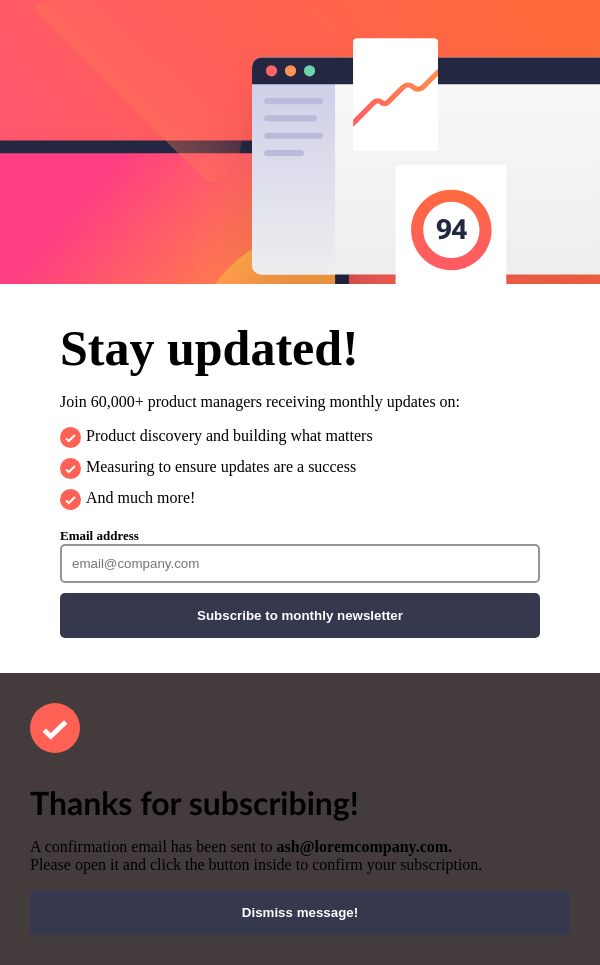
Repository: Celebration-cloud/Newsletter
Page: index.html
An editor plug-in stored every save of this project. The page is shown before and after a run of saves, followed by the edit.
The browser window is 600 px wide. The pictures show the whole page.

Above is the page before, as saved 2023-07-19 23:47:08.

### index.html
<!DOCTYPE html>
<html lang="en">
<head>
  <meta charset="UTF-8">
  <meta name="viewport" content="width=device-width, initial-scale=1.0"> <!-- displays site properly based on user's device -->

  <link rel="icon" type="image/png" sizes="32x32" href="./assets/images/favicon-32x32.png">
  <link rel="stylesheet" href="index.css">

  <title>Frontend Mentor | Newsletter sign-up form with success message</title>

  <!-- Feel free to remove these styles or customise in your own stylesheet 👍 -->
  <style>
    .attribution { font-size: 11px; text-align: center; }
    .attribution a { color: hsl(228, 45%, 44%); }
  </style>
</head>
<body>

  <!-- Sign-up form start -->
  <div id="container">
    <div id="home-page">
      <h2 id="news">Stay updated!</h2>
      <p id="content">Join 60,000+ product managers receiving monthly updates on:</p>
      <ul id="features">
        <li>
          <img id="list-icon" src="./assets/images/icon-list.svg" alt="" srcset="">
          <p>Product discovery and building what matters</p>
        </li>
        <li>
          <img id="list-icon" src="./assets/images/icon-list.svg" alt="" srcset="">
          <p>Measuring to ensure updates are a success</p>
        </li>
        <li>
          <img id="list-icon" src="./assets/images/icon-list.svg" alt="" srcset="">
          <p>And much more!</p>
        </li>
      </ul>
      <form action="email">
        <label for="email">Email address</label><br>
        <input type="email" name="email" required placeholder="email@company.com" id="email"><br>
        <button id="subscribe-btn" type="submit">Subscribe to monthly newsletter</button>
      </form>
    </div>
    <div id="sign-up"></div>
  </div>
  <script type="module" src="index.js"></script>


  <!-- Sign-up form end -->

  <!-- Success message start -->
  <div id="success">
    <img id="signed-icon" src="./assets/images/icon-list.svg" alt="" srcset="">
    <h2>Thanks for subscribing!</h2>
    <p>A confirmation email has been sent to <b>ash@loremcompany.com.</b> <br>
    Please open it and click the button inside to confirm your subscription.</p>
    <button type="reset" id="dismiss">Dismiss message!</button>
  </div>

<!--
  <div class="attribution">
    Challenge by <a href="https://www.frontendmentor.io?ref=challenge" target="_blank">Frontend Mentor</a>.
    Coded by <a href="#">Your Name Here</a>.
  </div> -->
</body>
</html>

### index.css
html, body{
    padding: 0;
    margin: 20px;
    box-sizing: border-box;
    background-color: hsl(234, 29%, 20%);
    -webkit-user-select: none;
    user-select: none;
    display: flex;
    justify-content: center;

}

#container{
    background-color: white;
    display: flex;
    flex-wrap: wrap;
    justify-content: space-between;
    padding: 15px;
    column-gap: 10px;
    margin: 0;
    border-radius: 15px;
}

#sign-up{
    background-image: url(./assets/images/illustration-sign-up-desktop.svg);
    background-repeat: no-repeat;
    background-size: cover;
    width: 305px;
    height: 450px;
}

#home-page{
    width: 50%;
    margin: auto;
}

ul{
    list-style-type: none;
    padding: 0;
    display: flex;
    flex-direction: column;
    gap: 10px;
}

li{
    display: flex;
    margin: 0;
    padding: 0;
}

li p {
    margin: 0;
    padding-left: 5px;
    align-self: flex-start;
}

#list-icon{
    padding: 0;
    margin: 0;
    align-self: flex-start;
}

#news{
    font-size: 312.5%;
    padding: 0;
    margin: 0;
}



label{
    font-size: 13px;
    font-weight: bolder;
}

input{
    width: 100%;
    padding: 10px;
    box-sizing: border-box;
    border-radius: 5px;
    margin-bottom: 10px;
    border: 2px solid hsl(231, 7%, 60%);
}

button{
    width: 100%;
    padding: 15px;
    box-sizing: border-box;
    border-radius: 5px;
    border: none;
    color: white;
    font-weight: bolder;
    background-color: hsl(235, 18%, 26%);
}

#success{
    background-color: rgb(68, 60, 60);
}

@media (max-width: 741px) {
    html, body{
        padding: 0;
        margin: 0;
        display: inline;
    }
    #container{
        background-color: white;
        display: flex;
        flex-wrap: wrap;
        flex-direction: column-reverse;
        margin: 0;
        padding: 0;
        border-radius: none;
        border-radius: 0;
    }
    #home-page{
        margin: auto;
        width: 80%;
        padding: 35px;
    }
    #sign-up{
        background-image: url(./assets/images/illustration-sign-up-mobile.svg);
        background-repeat: no-repeat;
        background-size: cover;
        width: 100%;
        height: 284px;
    }
    #success{
        margin: auto;
        height: 300%;
        padding: 30px;
        display: flex;
        flex-direction: column;
        justify-content: space-between;
    }
    #success img{
        width: 50px;
        margin-bottom: 30px;
    }
    #success h2{
        font-weight: bolder;
        margin: 0;
        font-size: xx-large;
        font-family: 'Gill Sans', 'Gill Sans MT', Calibri, 'Trebuchet MS', sans-serif;
    }
    #success p{
        font-weight: light;
    }


}

### index.js
// import { initializeApp } from "https://www.gstatic.com/firebasejs/9.15.0/firebase-app.js"
// import { getDatabase, ref, push, onValue } from "https://www.gstatic.com/firebasejs/9.15.0/firebase-database.js"

// let appSettings = {
//     "databaseUrl": " https://playground-51efb-default-rtdb.europe-west1.firebasedatabase.app/ "
// }

// const app = initializeApp(appSettings)
// const database = getDatabase(app)
// const newsLetterDb = ref(database, "newsLetterDb")

const emailEL = document.getElementById("email")
const inputEL = document.getElementById("subscribe-btn")
const container = document.getElementById("container")
const dismiss = document.getElementById("dismiss")

function successful() {
    let successful = `
        <div id="success">
            <img id="signed-icon" src="./assets/images/icon-list.svg" alt="" srcset="">
            <h2>Thanks for subscribing!</h2>
            <p>A confirmation email has been sent to ash@loremcompany.com. <br>
            Please open it and click the button inside to confirm your subscription.</p>
            <button type="reset" id="dismiss">Dismiss message!</button>
        </div>
    `
    container.innerHTML = successful
    // dismiss()
}

inputEL.addEventListener("click", function() {
    // let inputValue = emailEL.value
    // inputEL = inputValue
    // push( newsLetterDb, inputEL)
    successful()
})

// function dismiss() {
//      let content = `

//      `

// }
// dismiss.addEventListener("click", function() {
//     dismiss()
// })

After the next 2 saves:
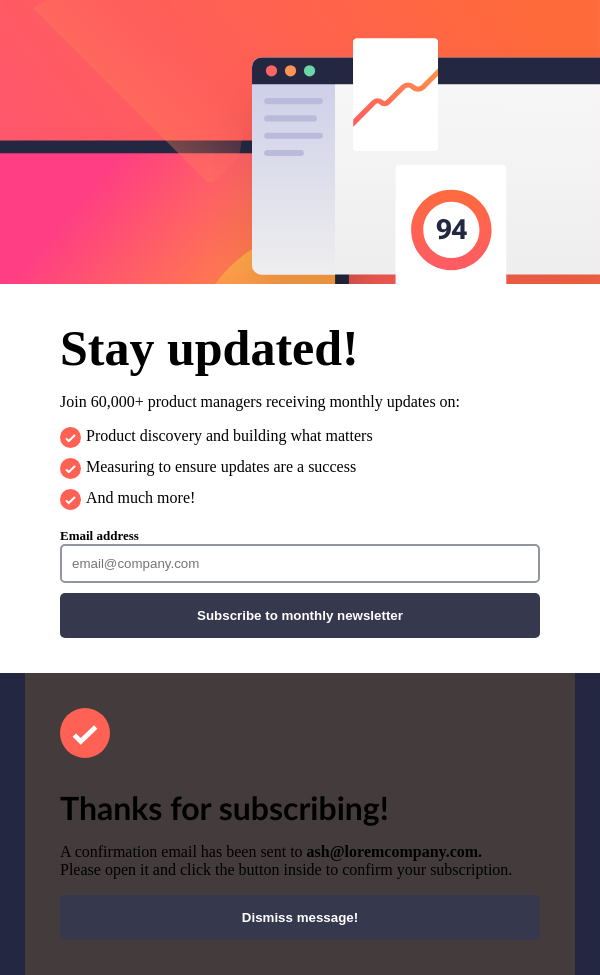
The 2 saves are shown as one change because they came seconds apart.
The last was saved 62 s later.
--- a/index.css
+++ b/index.css
@@ -127,8 +127,8 @@ button{
     }
     #success{
         margin: auto;
-        height: 300%;
-        padding: 30px;
+        width: 80%;
+        padding: 35px;
         display: flex;
         flex-direction: column;
         justify-content: space-between;
